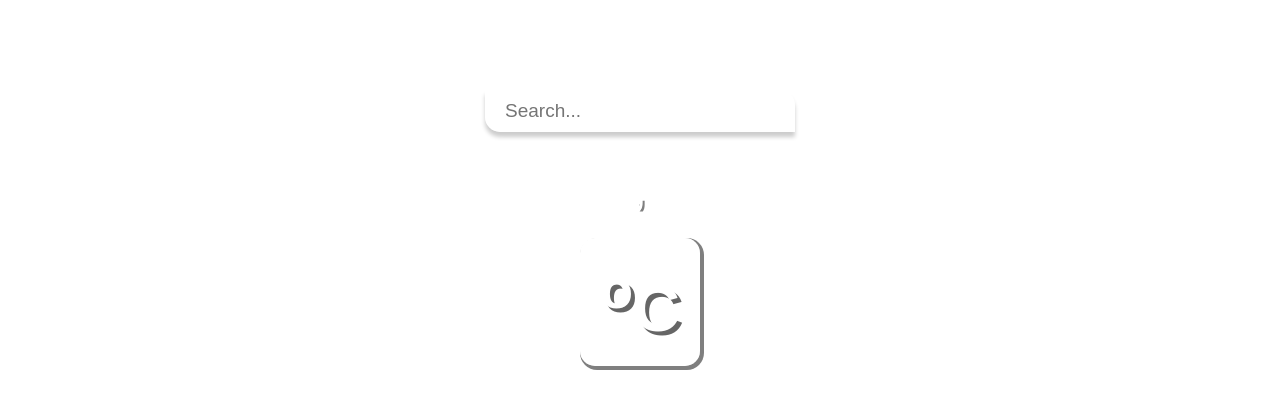
Repository: HoanTiny/30projects-30day
Page: Day 9/index.html
These files come from the project's save history. The page is drawn as it stood at one moment and after the next save; the edit follows.
The browser window is 1280 px wide. The pictures show the whole page.

Above is the page before, as saved 2021-12-10 14:54:19.
Console error: TypeError: Cannot read properties of undefined (reading 'value')

After the next save:
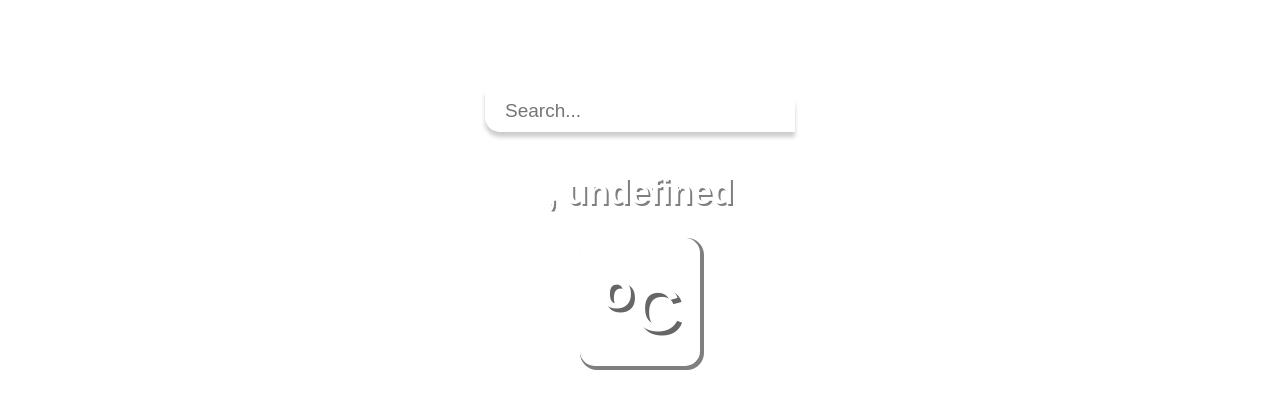
The error is gone.
Saved 14 s later.
--- a/Day 9/app.js
+++ b/Day 9/app.js
@@ -12,7 +12,7 @@
 
 function changeWeatherUI(weather) {
     city.innerHTML = input.value;
-    country.innerHTML = weather.country.value;
+    country.innerHTML = weather.country;
 }
 
 changeWeatherUI("Bac Giang");
